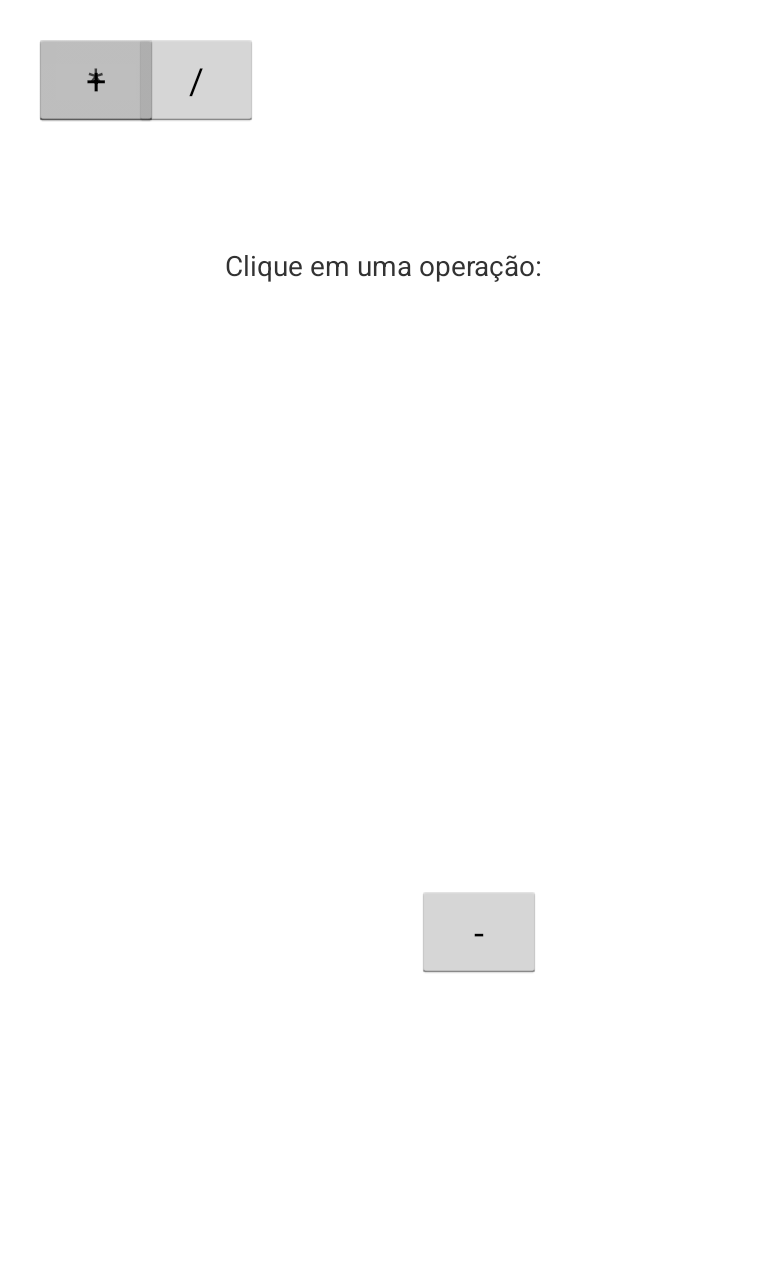
Repository: pbaesse/voice-answer
Layout: Hey!/Raul/teste/Calculadora/res/layout/activity_main.xml
An editor plug-in stored every save of this project. The layout is shown before and after the next save, followed by the edit.
It is drawn on a 768 x 1280 px phone screen (xhdpi) without system bars, with theme AppTheme; the app's code is not run.

Above is the layout before, as saved 2013-12-27 16:39:28.

### Hey!/Raul/teste/Calculadora/res/layout/activity_main.xml
<RelativeLayout xmlns:android="http://schemas.android.com/apk/res/android"
    xmlns:tools="http://schemas.android.com/tools"
    android:layout_width="match_parent"
    android:layout_height="match_parent"
    android:paddingBottom="@dimen/activity_vertical_margin"
    android:paddingLeft="@dimen/activity_horizontal_margin"
    android:paddingRight="@dimen/activity_horizontal_margin"
    android:paddingTop="@dimen/activity_vertical_margin"
    tools:context=".MainActivity" >

    <TextView
        android:id="@+id/textView1"
        android:layout_width="wrap_content"
        android:layout_height="wrap_content"
        android:layout_alignParentTop="true"
        android:layout_centerHorizontal="true"
        android:layout_marginTop="107dp"
        android:text="Clique em uma operação:" />

    <Button
        android:id="@+Botao/Subtracao"
        android:layout_width="wrap_content"
        android:layout_height="wrap_content"
        android:layout_alignParentBottom="true"
        android:layout_alignRight="@+id/textView1"
        android:layout_marginBottom="134dp"
        android:onClick="subtrai"
        android:text="-" />

    <Button
        android:id="@+Botao/Divisao"
        android:layout_width="wrap_content"
        android:layout_height="wrap_content"
        android:layout_alignBaseline="@+Botao/Subtracao"
        android:layout_alignBottom="@+Botao/Subtracao"
        android:layout_alignParentLeft="true"
        android:layout_marginLeft="50dp"
        android:onClick="divide"
        android:text="/" />

    <Button
        android:id="@+Botao/Multiplicacao"
        android:layout_width="wrap_content"
        android:layout_height="wrap_content"
        android:layout_above="@+Botao/Divisao"
        android:layout_alignLeft="@+Botao/Divisao"
        android:layout_marginBottom="33dp"
        android:onClick="multiplica"
        android:text="*" />

    <Button
        android:id="@+Botao/Soma"
        android:layout_width="wrap_content"
        android:layout_height="wrap_content"
        android:layout_alignBaseline="@+Botao/Multiplicacao"
        android:layout_alignBottom="@+Botao/Multiplicacao"
        android:layout_alignLeft="@+Botao/Subtracao"
        android:onClick="soma"
        android:text="+" />

</RelativeLayout>

Loaded but not shown: Hey!/Raul/teste/Calculadora/res/values/styles.xml (common file); Hey!/Raul/teste/Calculadora/res/values-v11/styles.xml (common file); Hey!/Raul/teste/Calculadora/res/values-v14/styles.xml (common file); Hey!/Raul/teste/Calculadora/res/values/dimens.xml (common file)

After the next save:
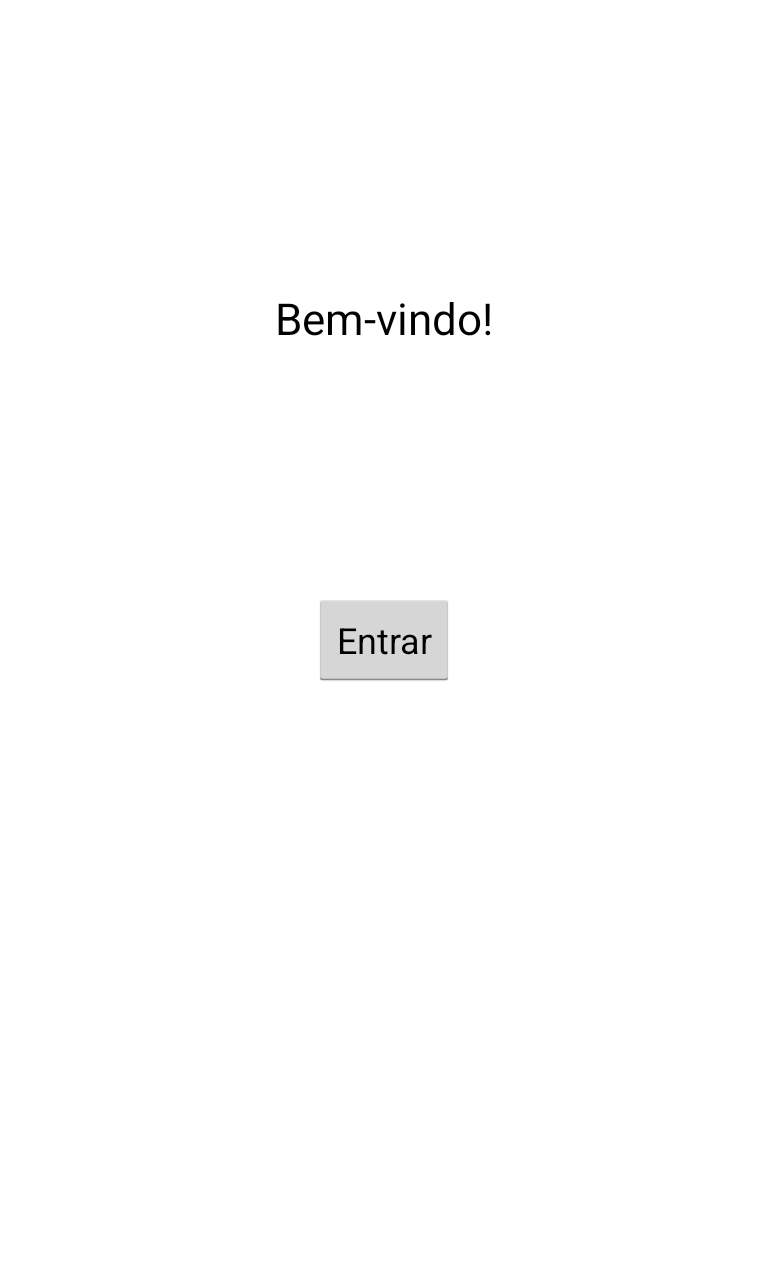
Saved 116 s later.
--- a/Hey!/Raul/teste/Calculadora/res/layout/activity_main.xml
+++ b/Hey!/Raul/teste/Calculadora/res/layout/activity_main.xml
@@ -14,48 +14,16 @@
         android:layout_height="wrap_content"
         android:layout_alignParentTop="true"
         android:layout_centerHorizontal="true"
-        android:layout_marginTop="107dp"
-        android:text="Clique em uma operação:" />
+        android:layout_marginTop="128dp"
+        android:text="Bem-vindo!"
+        android:textAppearance="?android:attr/textAppearanceLarge" />
 
     <Button
-        android:id="@+Botao/Subtracao"
+        android:id="@+Bottao/Entrar"
         android:layout_width="wrap_content"
         android:layout_height="wrap_content"
-        android:layout_alignParentBottom="true"
-        android:layout_alignRight="@+id/textView1"
-        android:layout_marginBottom="134dp"
-        android:onClick="subtrai"
-        android:text="-" />
-
-    <Button
-        android:id="@+Botao/Divisao"
-        android:layout_width="wrap_content"
-        android:layout_height="wrap_content"
-        android:layout_alignBaseline="@+Botao/Subtracao"
-        android:layout_alignBottom="@+Botao/Subtracao"
-        android:layout_alignParentLeft="true"
-        android:layout_marginLeft="50dp"
-        android:onClick="divide"
-        android:text="/" />
-
-    <Button
-        android:id="@+Botao/Multiplicacao"
-        android:layout_width="wrap_content"
-        android:layout_height="wrap_content"
-        android:layout_above="@+Botao/Divisao"
-        android:layout_alignLeft="@+Botao/Divisao"
-        android:layout_marginBottom="33dp"
-        android:onClick="multiplica"
-        android:text="*" />
-
-    <Button
-        android:id="@+Botao/Soma"
-        android:layout_width="wrap_content"
-        android:layout_height="wrap_content"
-        android:layout_alignBaseline="@+Botao/Multiplicacao"
-        android:layout_alignBottom="@+Botao/Multiplicacao"
-        android:layout_alignLeft="@+Botao/Subtracao"
-        android:onClick="soma"
-        android:text="+" />
+        android:layout_centerHorizontal="true"
+        android:layout_centerVertical="true"
+        android:text="Entrar" />
 
 </RelativeLayout>
